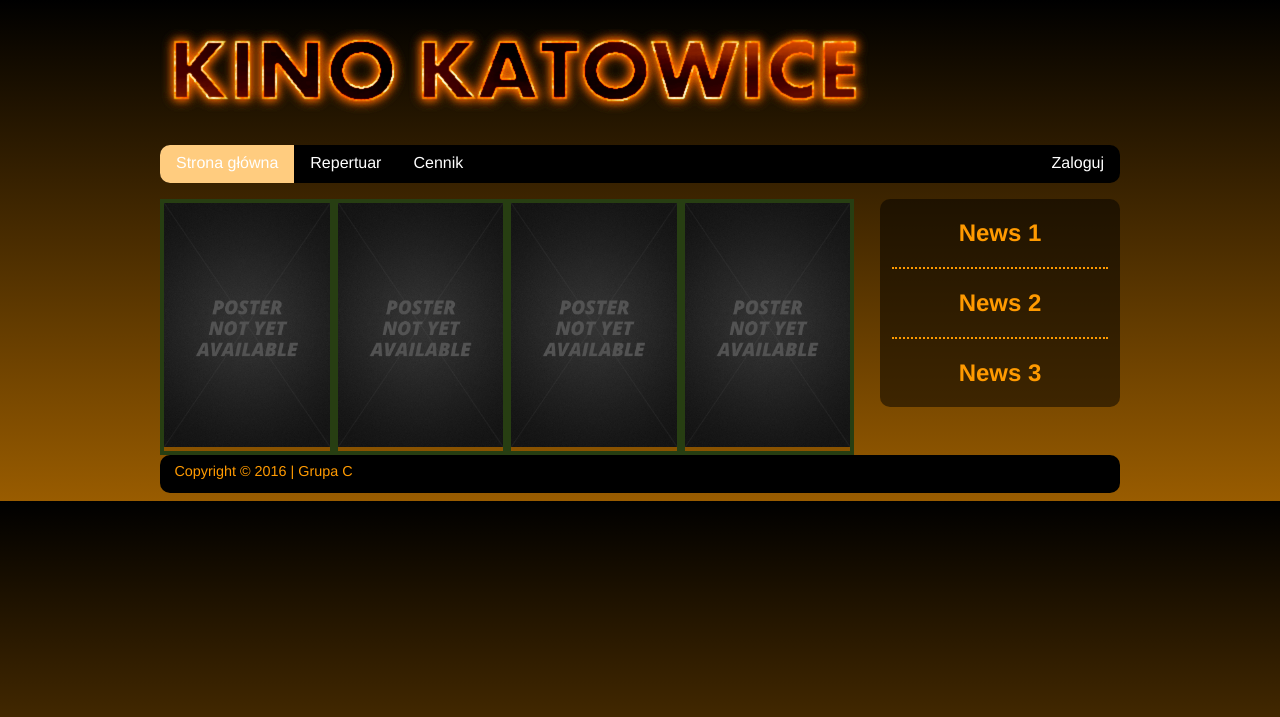
Repository: Gate4/Grupa-C
Page: http://localhost/KinoWebApp/WEB-INF/jsp/welcome.jsp
These files come from the project's save history. The page is drawn as it stood at one moment and after the next save; the edit follows.
The browser window is 1280 px wide. The pictures show the whole page.
Some web libraries are served in a nearby version. The page is served by Tomcat 9. Nobody is signed in. Other server files are loaded and not shown. The template is opened directly, without the code that normally fills it, so the values that code supplies are empty.

Above is the page before, as saved 2016-04-21 21:25:17.

### KinoWebApp/WebContent/WEB-INF/jsp/welcome.jsp
<%@page pageEncoding="UTF-8" contentType="text/html; charset=UTF-8"%>
<%@ taglib prefix="spring" uri="http://www.springframework.org/tags"%>
<!DOCTYPE html>
<html>
<head>


<spring:url value="/resources/style.css" var="styleCSS" />
<link href="${styleCSS}" rel="stylesheet" />
<script src="https://ajax.googleapis.com/ajax/libs/jquery/2.1.3/jquery.min.js"></script>
<link href="${styleCSS}" rel="stylesheet" />
<title>Kino</title>
</head>

<body>
<div id="page">
	<header>
		<h1 id="logo">
			<img src="img/logo.png" alt="Najlepsze kino ever">
		</h1>

		<nav class="clear">
			<ul>
				<li><a class="active" href='#'>Strona główna</a></li>
				<li><a href='#'>Repertuar</a></li>
				<li><a href='#'>Cennik</a></li>
				<li><a href='#'>Zaloguj</a></li>
			</ul>
		</nav>
	</header>

	<div id="content" role="main">
		<section class="primary">
			<section class="tile">
				<a href='#'><img src="resources/img/poster4.jpg" alt="Tytuł filmu 1"></a>
			</section>
			<section class="tile">
				<a href='#'><img src="resources/img/poster4.jpg" alt="Tytuł filmu 2"></a>
			</section>
			<section class="tile">
				<a href='#'><img src="resources/img/poster4.jpg" alt="Tytuł filmu 3"></a>
			</section>
			<section class="tile">
				<a href='#'><img src="resources/img/poster4.jpg" alt="Tytuł filmu 4"></a>
			</section>

		</section>

		<aside class="secondary">
			<section>
				<h2>News 1</h2>
				<p>${message}</p>
			</section>
			<hr>
			<section>
				<h2>News 2</h2>
				<p>${message}</p>
			</section>
			<hr>
			<section>
				<h2>News 3</h2>
				<p>${message}</p>
			</section>
		</aside>
	</div>

	<footer class="clear">
		<section class="footer">
			<p>Copyright © 2016 | Grupa C</p>
		</section>
	</footer>
</div>

</body>

</html>

### KinoWebApp/WebContent/resources/style.css
body{
	background: #000000;
	background: linear-gradient(#000000, #995c00);
	color: #FF9A00;
	font-family: Helvetica, Verdana, sans;
}

#page{
	width: 960px;
	margin: 0 auto;
}

#logo, .primary, .tile{
	float: left;
}

#contact, .secondary{
	float: right;
}

.clear{
	clear: both;
}

.primary{
	width: 720px;
}

.secondary{
	border-radius: 10px;
	background-color: #000000;
	background-color: rgba(0,0,0,0.5);
	width: 240px;
}

.secondary p{
	margin-left: 1em;
	text-align: left;
	color: #FFCC7F;
}

.secondary h2{
	text-align: center;
}

.secondary hr{
	border: none;
	border-top: 2px dotted #FF9A00;
	width: 90%;
}

nav ul{
	border-radius: 10px;
	background-color: #000000;
	min-height: 2.4em;
	list-style: none;
	padding: 0;
}

nav ul li{
	display: inline;
	padding: 5px 1em;
}

nav ul li a{
	display: block;
	float: left;
	height: 1.2em;
	padding: 0.6em 1em;
	margin: 0;
	color: #fff;
	text-decoration: none;
}

nav ul li a:hover, a.active{
	background: #FFCC7F;
}

nav ul li:last-child{
	float: right;
	padding: 0;
}

nav ul li:first-child a:hover, nav ul li:first-child a.active{
	border-radius: 10px 0 0 10px;
}

nav ul li:last-child a:hover, nav ul li:last-child a.active{
	border-radius: 0 10px 10px 0;
}


.hidden{
	display: none;
}

.tile{
	border-style: solid;
    border-width: 4px;
    border-color: #273e12;
	width: 23%;
}

.tile:hover{
	border-style: solid;
    border-width: 4px;
    border-color: #ffb13b;
}

.tile img{
	width: 100%;
	height: 100%
}

.footer{
	border-radius: 10px;
	background-color: #000000;
	min-height: 2.4em;
	padding: 0 0px 0 0;
}

.footer p{
	font-size: 0.9em;
	padding: 0.6em 1em;
}

After the next save:
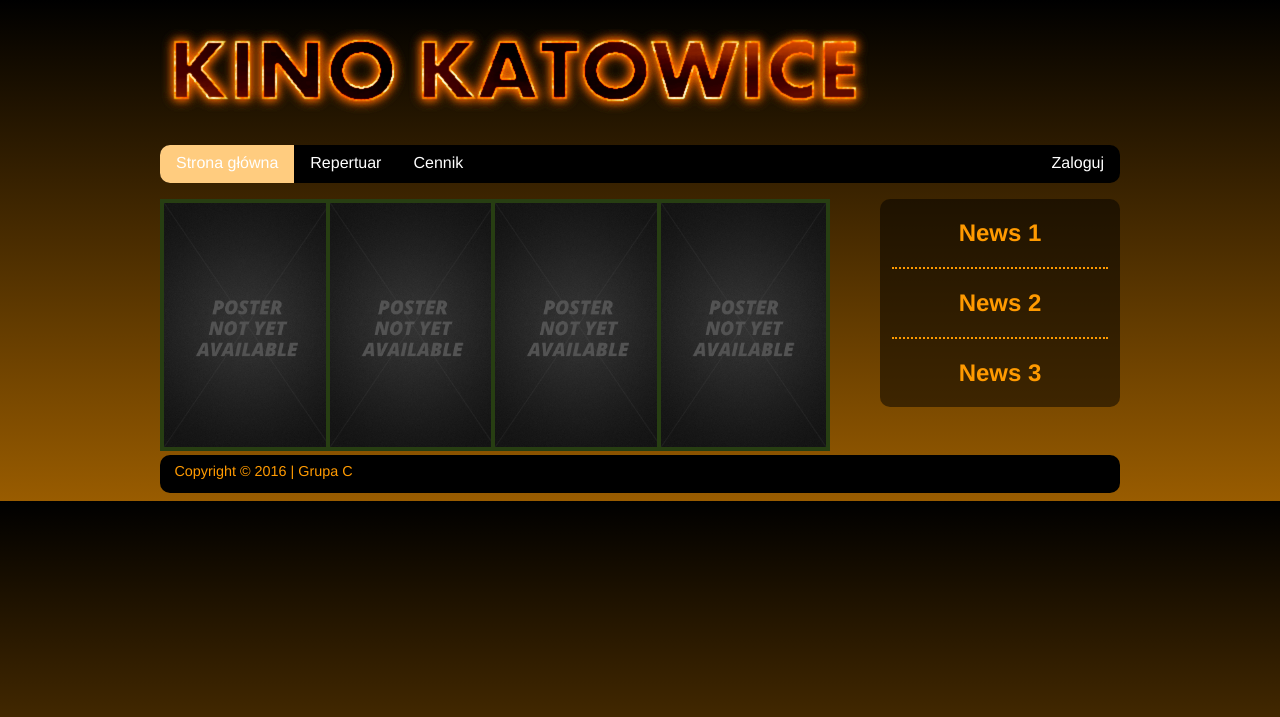
Saved 100 s later.
--- a/KinoWebApp/WebContent/resources/style.css
+++ b/KinoWebApp/WebContent/resources/style.css
@@ -95,21 +95,21 @@ nav ul li:last-child a:hover, nav ul li:last-child a.active{
 }
 
 .tile{
+	width: 23%;
+}
+
+.tile img{
 	border-style: solid;
     border-width: 4px;
     border-color: #273e12;
-	width: 23%;
+	width: 100%;
 }
 
-.tile:hover{
+.tile img:hover{
 	border-style: solid;
     border-width: 4px;
     border-color: #ffb13b;
-}
-
-.tile img{
 	width: 100%;
-	height: 100%
 }
 
 .footer{
